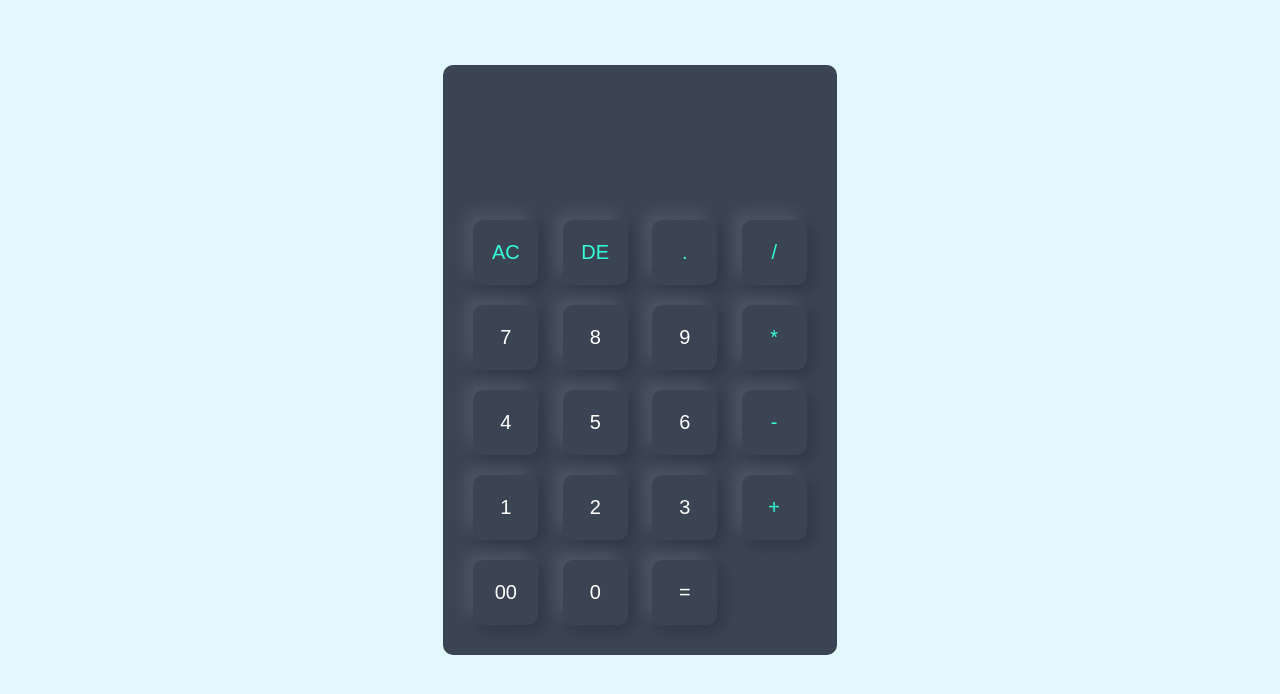
Repository: joeltorcato/CALCULATOR
Page: index.html
These files come from the project's save history. The page is drawn as it stood at one moment and after the next save; the edit follows.
The browser window is 1280 px wide. The pictures show the whole page.

Above is the page before, as saved 2024-01-03 23:20:44.

After the next save:
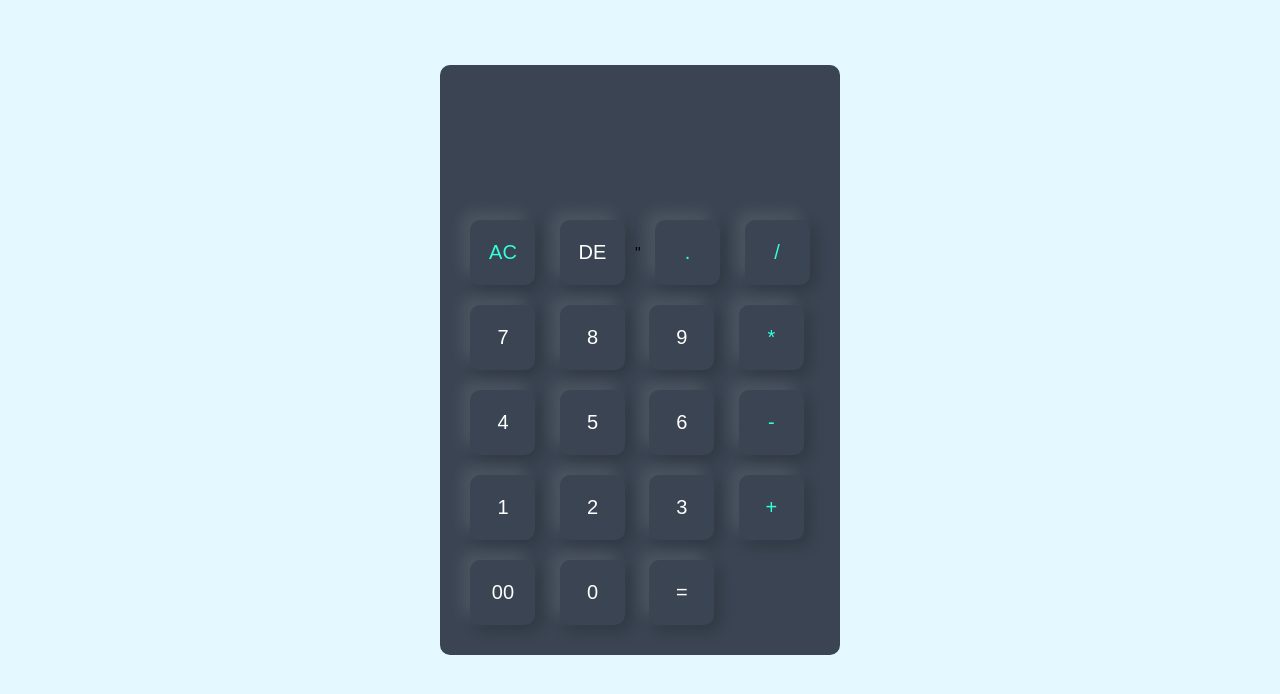
Saved 73 s later.
--- a/index.html
+++ b/index.html
@@ -15,7 +15,8 @@
                 </div>
                 <div class="button-row">
                     <input type="button" value="AC" onclick="display.value = '' "  class="operator">
-                    <input type="button" value="DE" onclick="display.value" class="operator">
+                    <input type="button" value="DE" onclick="display.value = display.value
+                    .toString().slice (0,-1)">"
                     <input type="button" value="." onclick="display.value += '.' " class="operator">
                     <input type="button" value="/" onclick="display.value += '/'" class="operator">
                 </div>

After the save that followed:
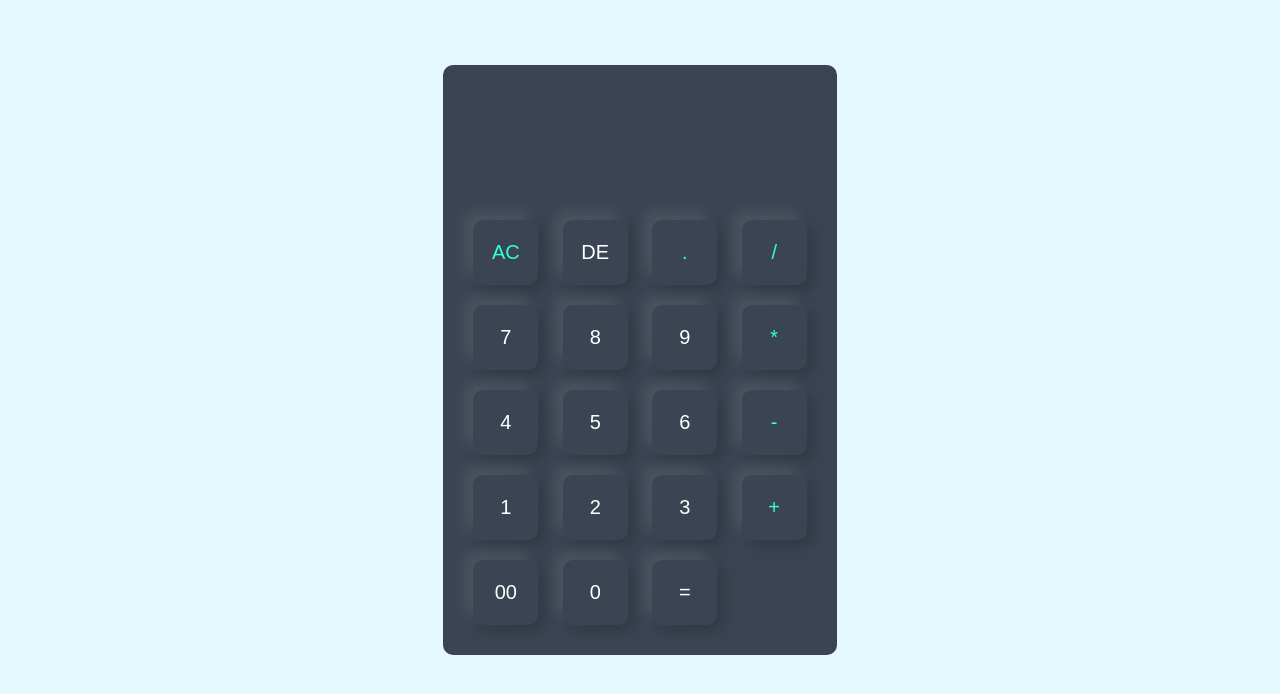
Saved 30 s later.
--- a/index.html
+++ b/index.html
@@ -16,7 +16,7 @@
                 <div class="button-row">
                     <input type="button" value="AC" onclick="display.value = '' "  class="operator">
                     <input type="button" value="DE" onclick="display.value = display.value
-                    .toString().slice (0,-1)">"
+                    .toString().slice (0,-1)">
                     <input type="button" value="." onclick="display.value += '.' " class="operator">
                     <input type="button" value="/" onclick="display.value += '/'" class="operator">
                 </div>
